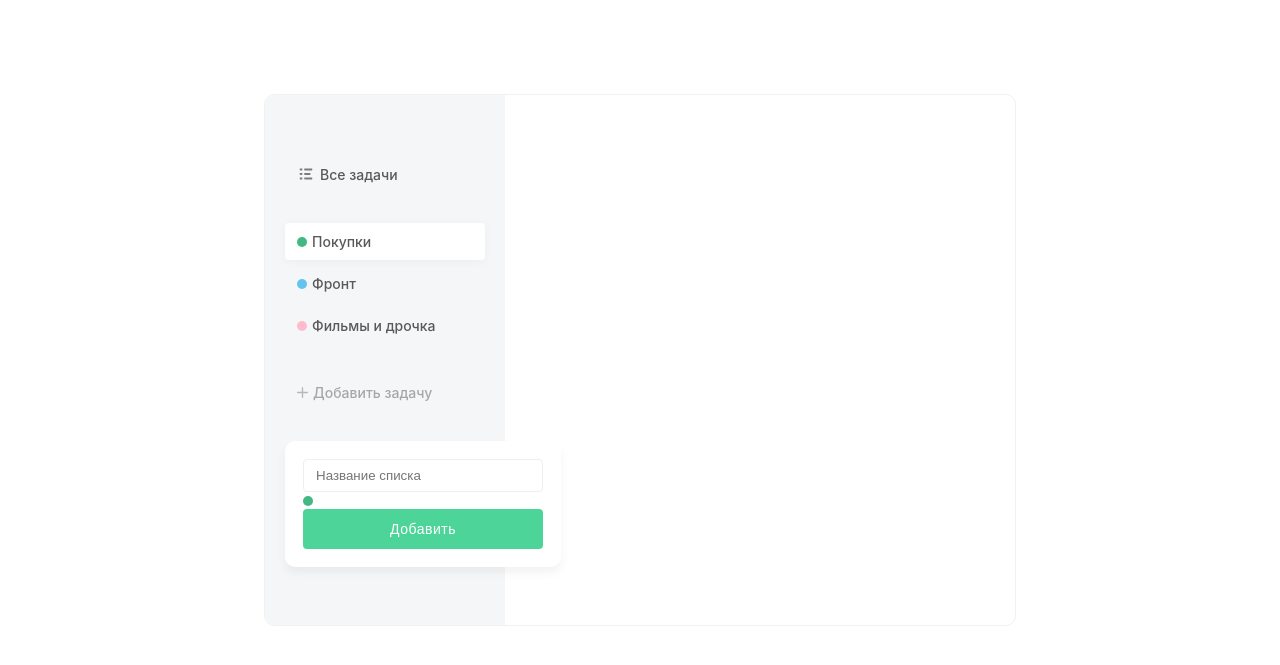
Repository: AzimAzimov/Todo
Page: /
The author's editor kept a copy of each file at every save. The page is drawn from the files as they stood at one save, then again after the next save.
The browser window is 1280 px wide. The pictures show the whole page.
The project was rebuilt for these pictures with package versions that can differ from the ones it lists, and the page was loaded fresh each time.

Above is the page before, as saved 2023-02-19 15:04:35.

After the next save:
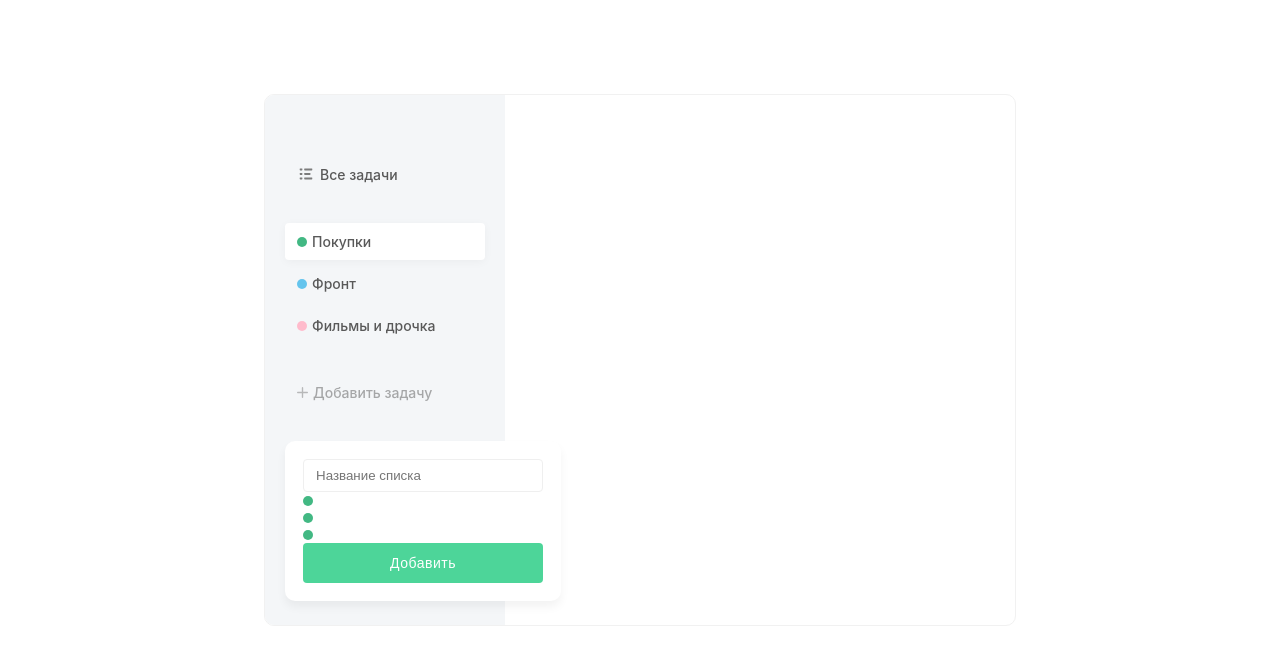
Saved 9 s later.
--- a/src/components/addButtonList/AddButtonList.jsx
+++ b/src/components/addButtonList/AddButtonList.jsx
@@ -30,6 +30,8 @@ const AddButtonList = ({ color }) => {
           <div className="add__list__popup__colors">
             <ul>
               <li><Badge color="green" /></li>
+              <li><Badge color="green" /></li>
+              <li><Badge color="green" /></li>
             </ul>
           </div>
           <button className='button'>Добавить</button>
